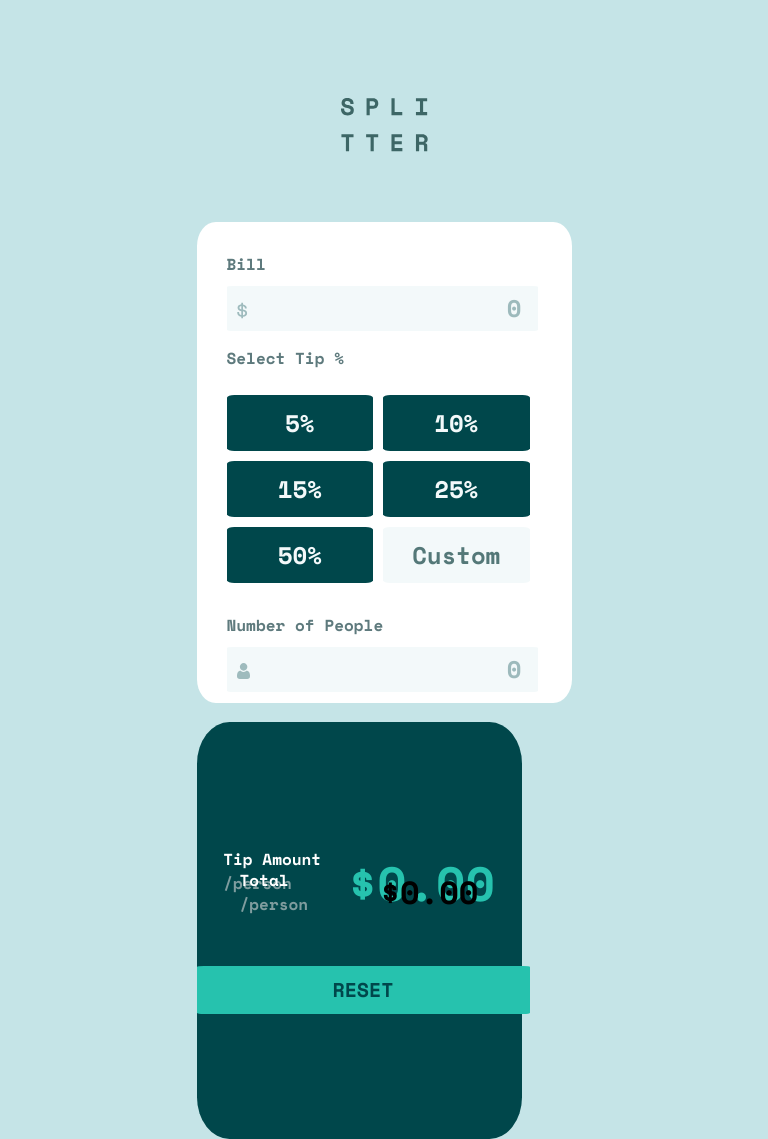
Repository: Arkitecth/tip-calculator
Page: index.html
These files come from the project's save history. The page is drawn as it stood at one moment and after the next save; the edit follows.
The browser window is 768 px wide. The pictures show the whole page.

Above is the page before, as saved 2023-06-09 19:58:36.

### index.html
<!DOCTYPE html>
<html lang="en">
<head>
  <meta charset="UTF-8">
  <meta name="viewport" content="width=device-width, initial-scale=1.0"> <!-- displays site properly based on user's device -->

  <link rel="icon" type="image/png" sizes="32x32" href="./images/favicon-32x32.png">
  <link rel="stylesheet" href="styles.css">
  <title>Tip calculator app</title>

</head>
<body>

  <main>
    <img src="images/logo.svg" alt="logo">
      <div class="app">
        <div class="entry">
          <div class="bill-entry">
            <p>Bill</p>
            <img src="images/icon-dollar.svg" alt="dollar sign"><input class="entry-input" type="text" name="Bill" id="Bill" placeholder="0">
          </div>

          <div class="tip-entry">
            <p>Select Tip %</p>
            <input type="button" value="5%">
            <input type="button" value="10%">
            <input type="button" value="15%">
            <input type="button" value="25%">
            <input type="button" value="50%">
            <input class="custom" type="button" value="Custom">
          </div>

          <div class="people-entry">
            <p>Number of People</p>
            <img src="images/icon-person.svg" alt="person sign"><input class="entry-input" type="text" name="people-entry" id="people-entry" placeholder="0">
          </div>

        </div>

        <div class="result">
          <div class="tip">
            <p class="title">Tip Amount
              <br>
              <span class="grey-color">/person</span>
            </p>
            <h1 class="amount">$0.00</h1>

          </div>

          <div class="total">
            <p class="title">Total
              <br>
              <span class="grey-color">/person</span>
            </p>
            <h1>$0.00</h1>
          </div>
          <button class="reset-button">Reset</button>
        </div>


  </div>
  </main>





</body>
</html>

### styles.css
@import url('https://fonts.googleapis.com/css2?family=Space+Mono:wght@700&display=swap');
* {
    margin: 0;
    padding: 0;
    font-family: 'Space Mono', monospace;
}

/* Main Styling */
body {
    background-color: #C5E4E7;

}

main {
    display: flex;
    flex-direction: column;
    justify-content: center;
    align-items: center;
    align-content: center;
    height: 100vh;
    gap: 70px;
}

/* App Styling */

.app {
    width: 920px;
    height: 481px;
    background-color: white;
    border-radius: 5%;
    display: grid;
    grid-template-columns: 1fr 1fr;
}

/* Entry Styling */

.entry {
    display: grid;
    padding-top: 30px;
    grid-template-rows: auto auto auto;
    padding-left: 30px;
    justify-content: center;
    color: #5E7A7D;
}

.entry p {
    margin-bottom: 10px;
}

.entry-input {
    background-color:#f3F9FA;
    width: 379px;
    height: 45px;
    border: none;
    border-radius: 2%;
    text-align: right;
    font-size: 1.5rem;
    color: #00474B;

}

.entry-input:focus {
    outline: none;
    border: 1px solid #26C2AE;

}

.entry-input::placeholder {
    text-align: right;
    font-size: 1.5rem;
    color:#00474B;
    opacity: 0.35;
    padding: 1rem;

}

/* Bill Styling */

.bill-entry {
    position: relative;
}

.bill-entry img {
    position: absolute;
    top: 50px;
    left: 10px;
}

/* Tip Entry */
.tip-entry p {
    padding: 10px;
}
.tip-entry input[type="button"] {
    width: 117px;
    padding: 10px;
    margin-bottom: 10px;
    background-color:#00474B;
    color: #f3F9FA;
    font-size: 1.5rem;
    border: none;
    border-radius: 5%;
    font-weight: 700;
}

.tip-entry input[type="button"]:active,.tip-entry input[type="button"]:hover {
    background-color: #26C2AE;
}
.tip-entry input[type="button"]:active {
    transform: translateY(4px);
}

.tip-entry input.custom {
    background-color: #F3F9FA;
    color:#547878;
}

/* People Entry Styling */
.people-entry {
    position: relative;
}
.people-entry img {
    position: absolute;
    top: 50px;
    left: 10px;
}

/* Result Styling */
.result {
    display: flex;
    flex-direction: column;
    background-color: #00474B;
    align-content: center;
    justify-content: space-evenly;
    border-radius: 10%;
    margin-top: 30px;
    width: 413px;
    height: 417px;
}

/* Tip Syling */
.tip {
    display: flex;
    flex-direction: row;
    justify-content: space-evenly;
    align-content: center;

}

.title {
    color: #FFFFFF;
    width: 98px;
}

.grey-color {
    color: #7F9D9F;
}

.amount {
    color: #26C2AE;
    font-size: 48px;
}

.total {
    display: flex;
    justify-content: space-evenly;
    transform: translateY(-50px);
}

/* Rest Button */
.reset-button {
    width: 333px;
    height: 48px;
    margin: 0 auto;
    text-transform: uppercase;
    font-size: 20px;
    background-color: #26C2AE;
    color: #00474B;
    border: none;
    border-radius: 2%;
}

.reset-button:hover,
.reset-button:active{
    background-color: #9FE8DF
}
.reset-button:active{
    transform: translateY(4px);
}

@media screen and (max-width:956px) {

    .main {
        justify-content: center;
    }
    .app {
        display: grid;
        grid-template-rows: 1fr 1fr;
        width: 375px;
    }
    .entry-input {
        width: 311px;
    }
    .tip-entry p {
        padding: 15px 0;
    }
    .tip-entry input[type="button"]  {
        width: 146.63px;
    }
    .people-entry p {
        padding-top: 20px;
    }

    .people-entry img {
        transform: translateY(20px);
    }
    .result {
        grid-row: 2;
        width: 325px;
        justify-content: center;
    }
}

After the next save:
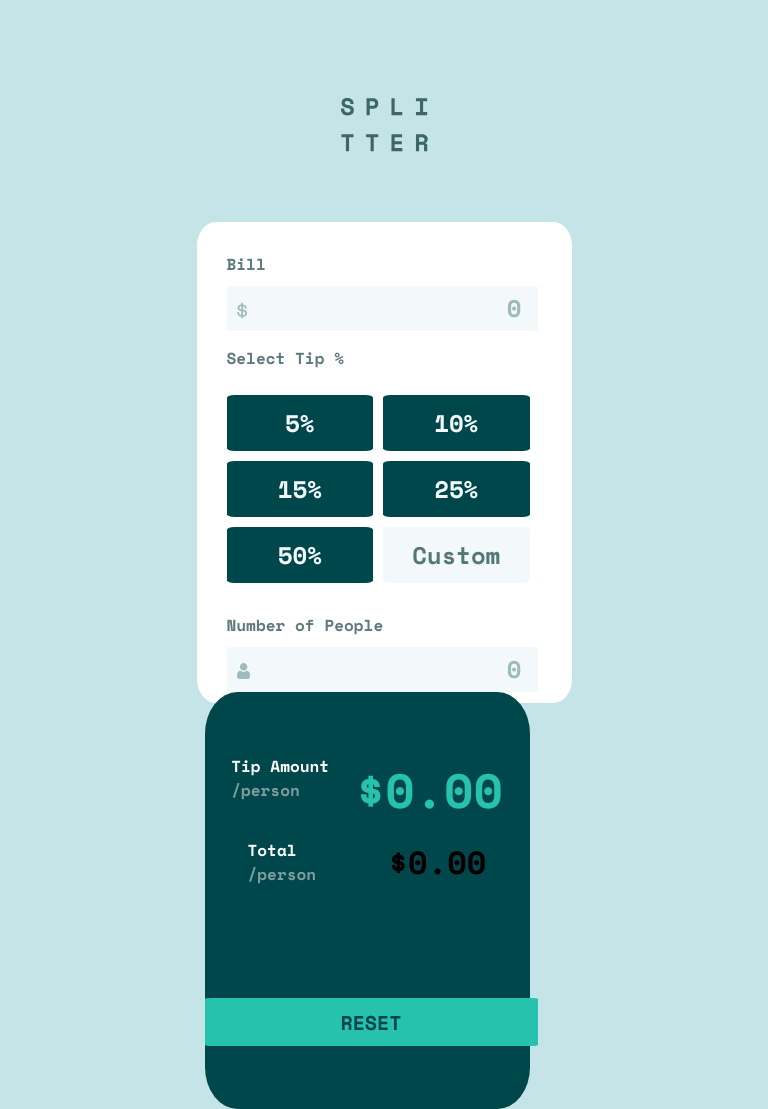
Saved 11 s later.
--- a/styles.css
+++ b/styles.css
@@ -216,6 +216,6 @@
     .result {
         grid-row: 2;
         width: 325px;
-        justify-content: center;
-    }
-}
+        margin: auto;
+    }
+}
